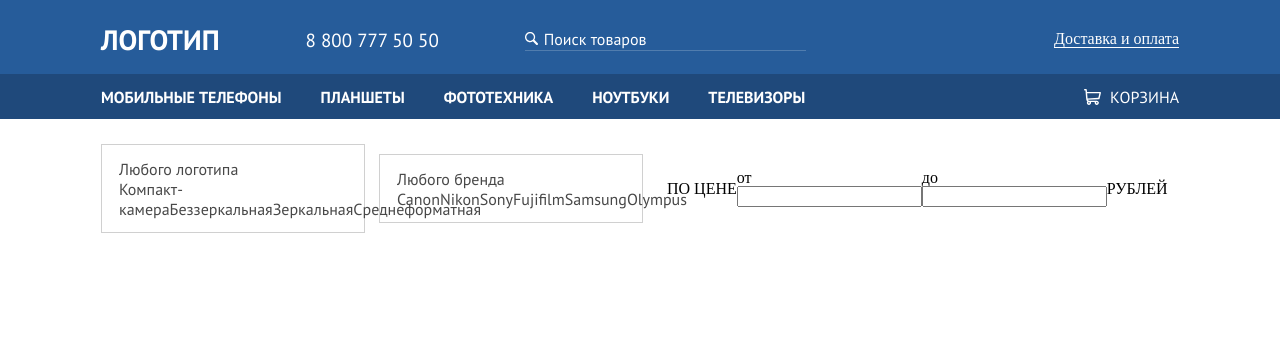
Repository: sem1103/WEBCompany
Page: index.html
These files come from the project's save history. The page is drawn as it stood at one moment and after the next save; the edit follows.
The browser window is 1280 px wide. The pictures show the whole page.

Above is the page before, as saved 2024-01-11 20:29:19.

After the next save:
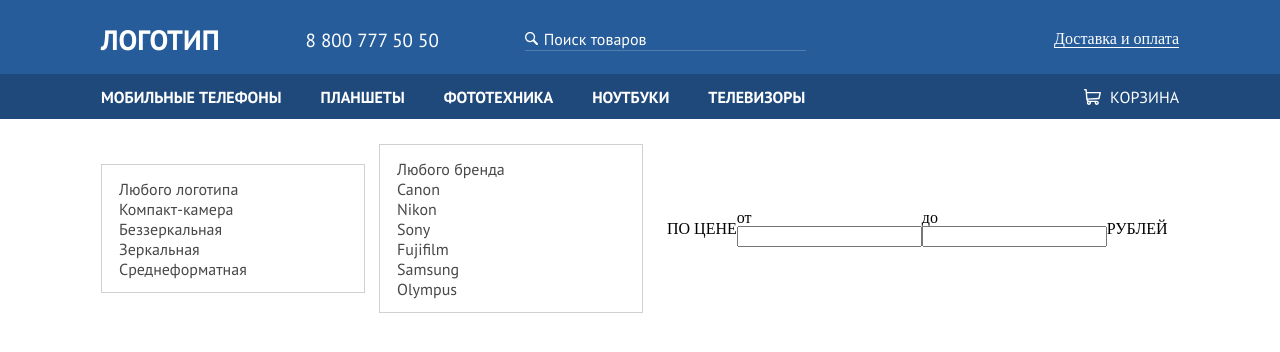
Saved 2 min 6 s later.
--- a/index.html
+++ b/index.html
@@ -62,12 +62,12 @@
             <div class="filter-title container">
                 <div  id="logo__filter" class="filter">
                     <p class="display"></p>
-                    <p class="list"></p>
+                    <div class="list"></div>
                 </div>
 
                 <div  id="brand__filter" class="filter">
                     <p class="display"></p>
-                    <p class="list"></p>
+                    <div class="list"></div>
                 </div>
 
                 <div class="price__filter">
@@ -120,7 +120,9 @@
                 display.innerText = array[0];
                 array.forEach(item => {
                     if(display.innerText != item){
-                        list.innerText += item
+                        let p = document.createElement('p');
+                        p.innerText = item;
+                        list.append(p)
                     }
                 });
             }
